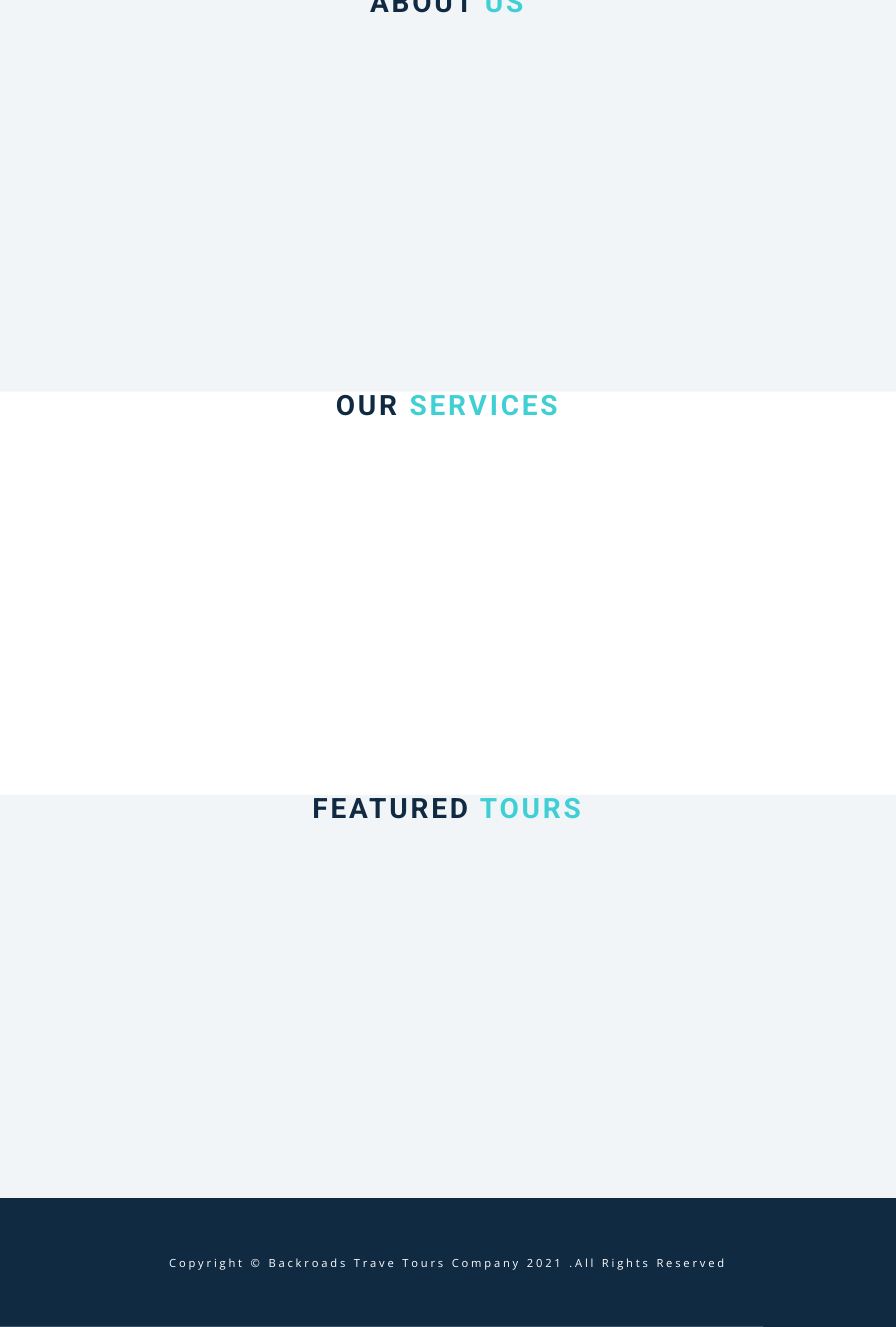
Repository: spidero7/Scroll
Page: index.html
These files come from the project's save history. The page is drawn as it stood at one moment and after a run of saves; the edit follows.
The browser window is 1280 px wide. The pictures show the part of the page from y = 818 to 2738 px (the page is 2714 px tall before and 2738 px after), at 70% of full size.
Some web libraries are served in a nearby version.

Above is the page before, as saved 2021-10-07 07:56:59.

After the next 2 saves:
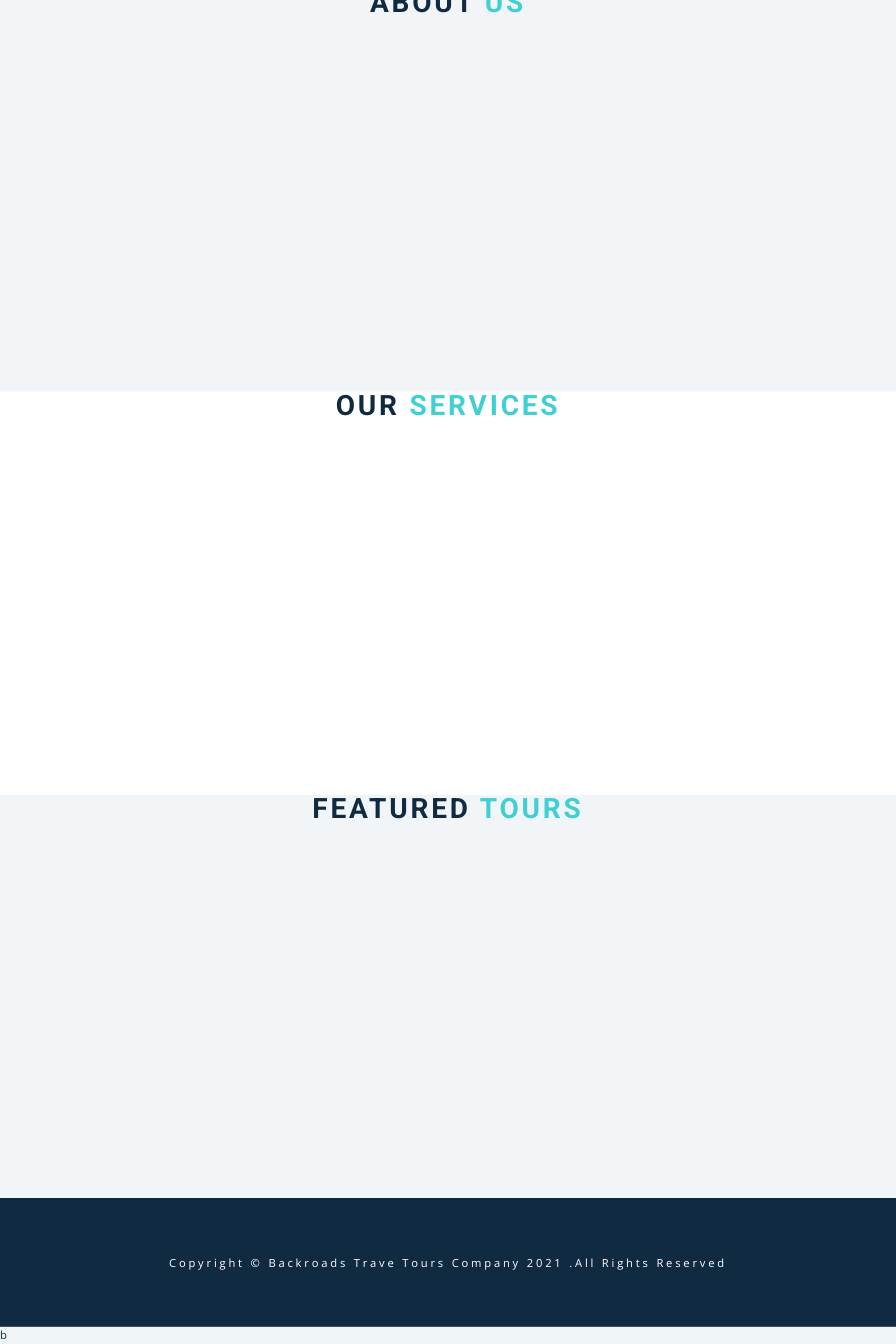
The 2 saves are shown as one change because they came seconds apart.
The last was saved 36 s later.
--- a/index.html
+++ b/index.html
@@ -81,6 +81,7 @@
             .all rights reserved
         </p>
     </footer>
+    b
     <script src="app.js"></script>
 </body>
 </html>
